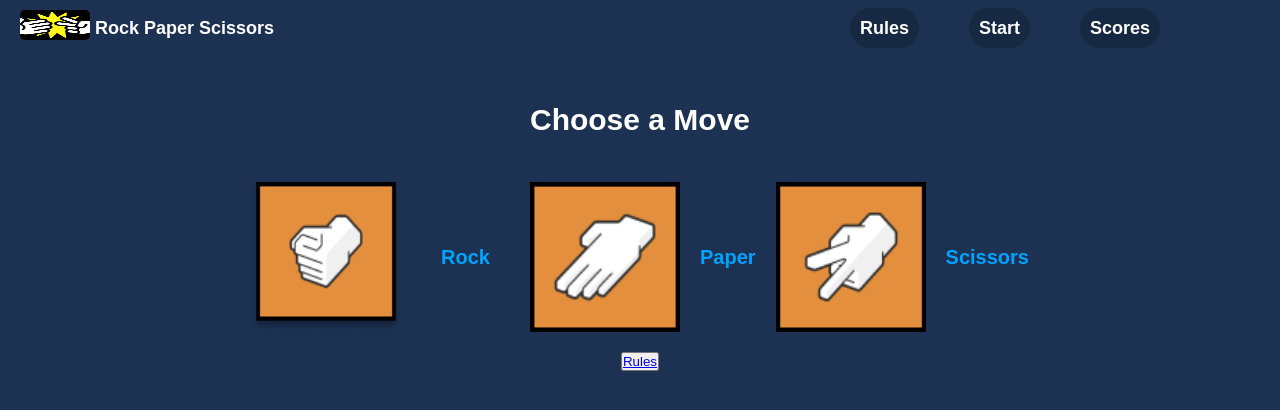
Repository: MikkyPrestige/rock-paper-scissors
Page: game.html
The author's editor kept a copy of each file at every save. The page is drawn from the files as they stood at one save, then again after the next save.
The browser window is 1280 px wide. The pictures show the whole page.

Above is the page before, as saved 2023-05-08 06:41:34.

After the next save:
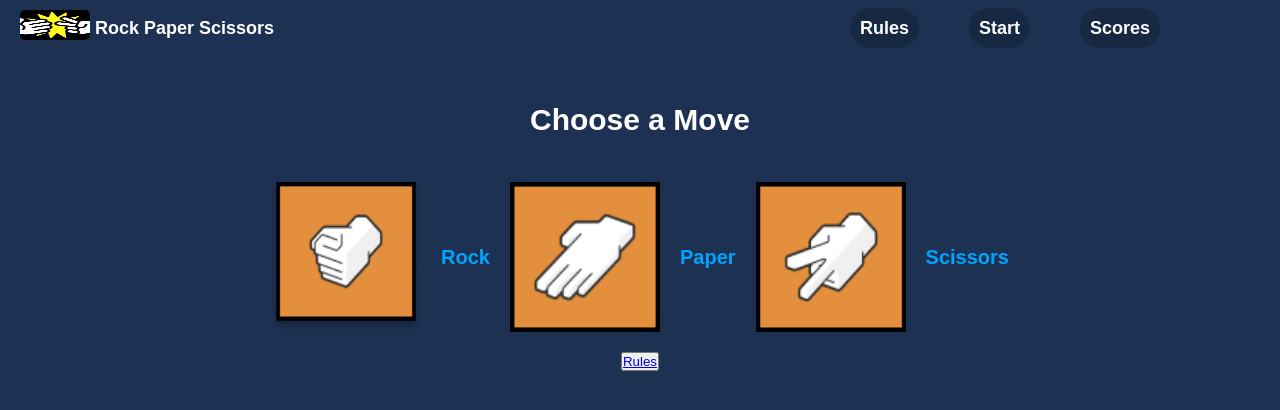
Saved 15 s later.
--- a/game.html
+++ b/game.html
@@ -29,8 +29,8 @@
     <section class="game">
       <h1 class="game--title">Choose a Move</h1>
       <figure class="game--img">
-        <img src="./img/rock.png" alt="Rock image"> <br>
-        <figcaption class="game--caption">Rock</figcaption> <br>
+        <img src="./img/rock.png" alt="Rock image">
+        <figcaption class="game--caption">Rock</figcaption>
         <img src="./img/paper.png" alt="paper image">
         <figcaption class="game--caption">Paper</figcaption>
         <img src="./img/scissors.png" alt="scissors image">
